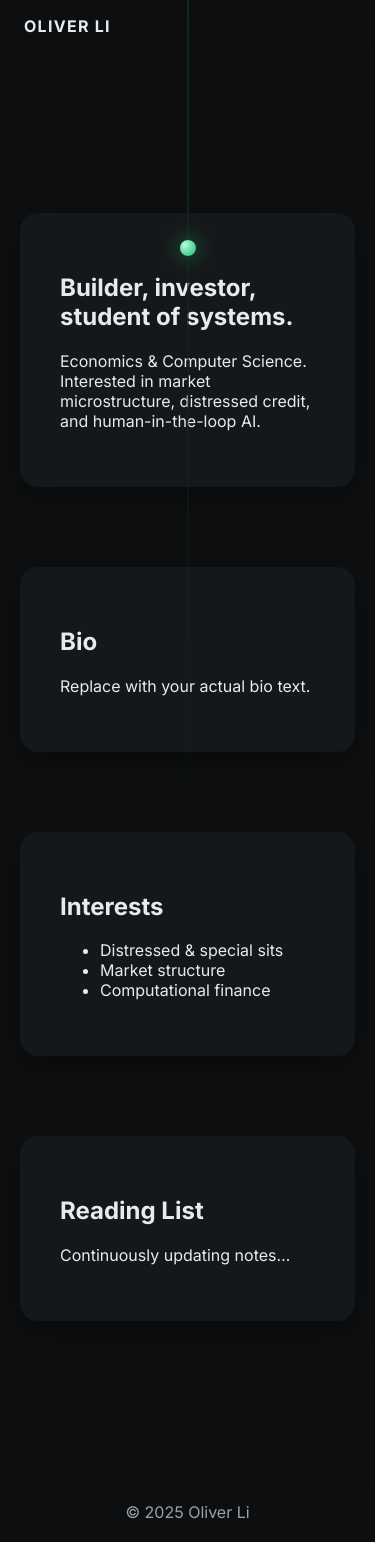
Repository: oliverli1728/portfolio
Page: index.html
The author's editor kept a copy of each file at every save. The page is drawn from the files as they stood at one save, then again after the next save.
The browser window is 375 px wide. The pictures show the whole page.

Above is the page before, as saved 2025-09-25 22:30:04.

### index.html
<!DOCTYPE html>
<html lang="en">
<head>
  <meta charset="utf-8" />
  <meta name="viewport" content="width=device-width, initial-scale=1" />
  <title>Oliver Li</title>
  <link rel="stylesheet" href="style.css" />
  <link rel="stylesheet" href="mediaqueries.css" />
  <link rel="preconnect" href="https://fonts.googleapis.com">
  <link rel="preconnect" href="https://fonts.gstatic.com" crossorigin>
  <link href="https://fonts.googleapis.com/css2?family=Inter:wght@300;400;600;700&display=swap" rel="stylesheet">
</head>
<body>
  <header class="site-header">
    <a class="brand" href="#myself">OLIVER&nbsp;LI</a>
    <nav class="nav">
      <a href="#myself" class="tab-link active">Myself</a>
      <a href="#investment" class="tab-link">Investment</a>
      <a href="#penrose" class="tab-link">Penrose</a>
    </nav>
  </header>

  <!-- Particle rail (center) -->
  <div class="particle-track" aria-hidden="true">
    <div class="particle" id="particle"></div>
  </div>

  <main>
    <!-- Myself page -->
    <section id="myself" class="tab-content active">
      <div class="panel" data-fade>
        <h1>Builder, investor, student of systems.</h1>
        <p>Economics & Computer Science. Interested in market microstructure, distressed credit, and human-in-the-loop AI.</p>
      </div>
      <div class="panel" data-fade>
        <h2>Bio</h2>
        <p>Replace with your actual bio text.</p>
      </div>
      <div class="panel" data-fade>
        <h2>Interests</h2>
        <ul>
          <li>Distressed & special sits</li>
          <li>Market structure</li>
          <li>Computational finance</li>
        </ul>
      </div>
      <div class="panel" data-fade>
        <h2>Reading List</h2>
        <p>Continuously updating notes…</p>
      </div>
    </section>

    <!-- Investment page -->
    <section id="investment" class="tab-content">
      <h2>Investment Notes</h2>
      <p>Content here (cards, theses, etc.).</p>
    </section>

    <!-- Penrose page -->
    <section id="penrose" class="tab-content">
      <div class="penrose-container">
        <img src="assets/penrose-logo.png" alt="Penrose logo" class="penrose-animated" />
        <p>Paradox, perspective, conviction.</p>
      </div>
    </section>
  </main>

  <footer class="site-footer">
    <span>© <span id="year"></span> Oliver Li</span>
  </footer>

  <script src="script.js"></script>
</body>
</html>

### style.css
:root{
  --bg:#0d0f10;
  --elev:#15181a;
  --muted:#98a2ad;
  --text:#e8ebee;
  --accent:#1ab774;
  --accent-2:#0f8054;
  --rail:#0e2a22;
  --radius:18px;
  --shadow:0 10px 30px rgba(0,0,0,.35);
}

body{
  margin:0;
  font-family:Inter,system-ui,sans-serif;
  background:var(--bg);
  color:var(--text);
  scroll-behavior:smooth;
}

.site-header{
  position:sticky; top:0; display:flex; justify-content:space-between; align-items:center;
  padding:16px 24px; backdrop-filter:blur(6px);
  background:rgba(13,15,16,0.85);
  border-bottom:1px solid #111;
}
.brand{ color:var(--text); font-weight:700; text-decoration:none; letter-spacing:.08em; }
.nav{ display:flex; gap:28px; }
.tab-link{ color:var(--muted); text-decoration:none; font-weight:600; }
.tab-link.active{ color:var(--accent); }

.tab-content{ display:none; min-height:100vh; padding:80px 20px; }
.tab-content.active{ display:block; }

/* Particle */
.particle-track{ position:fixed; top:0; left:50%; width:2px; height:100%; background:linear-gradient(var(--rail),transparent); transform:translateX(-50%); z-index:0; }
.particle{ position:fixed; left:50%; top:20vh; width:16px; height:16px; border-radius:50%; background:radial-gradient(circle at 30% 30%, #b7ffd8, var(--accent)); box-shadow:0 0 20px rgba(26,183,116,.7); transform:translate(-50%,0); }

/* Panels */
.panel{ margin:80px auto; max-width:800px; background:var(--elev); padding:40px; border-radius:var(--radius); box-shadow:var(--shadow); }
[data-fade]{ opacity:0; transform:translateY(24px); transition: opacity .8s ease, transform .8s ease; }
[data-fade].in-view{ opacity:1; transform:none; }

/* Penrose animation */
.penrose-container{ display:flex; flex-direction:column; align-items:center; justify-content:center; height:100vh; }
.penrose-animated{ width:320px; animation: float 5s ease-in-out infinite, rotate 30s linear infinite; }
@keyframes float{ 0%,100%{ transform:translateY(0); } 50%{ transform:translateY(-20px); } }
@keyframes rotate{ 0%{ transform:rotate(0deg); } 100%{ transform:rotate(360deg); } }

/* Footer */
.site-footer{ text-align:center; padding:20px; border-top:1px solid #111; background:#0c0e0f; color:var(--muted); }

### mediaqueries.css
/* Breakpoints: 900px & 600px */
@media (max-width: 900px){
  .hero-grid{ grid-template-columns: 1fr; }
  .split{ grid-template-columns: 1fr; }
  .grid-3{ grid-template-columns: 1fr 1fr; }
  .penrose-wrap{ grid-template-columns: 1fr; }
}

@media (max-width: 600px){
  .nav{ display:none }
  .hamburger{ display:block }
  .grid-3{ grid-template-columns: 1fr }
  .cards{ grid-template-columns: 1fr }
}
```

### script.js
// Tab switching with deep-link support
const tabs = document.querySelectorAll('.tab-link');
const contents = document.querySelectorAll('.tab-content');

function activateTab(id){
  tabs.forEach(t => t.classList.remove('active'));
  contents.forEach(c => c.classList.remove('active'));
  const targetTab = document.querySelector(`.tab-link[href='${id}']`);
  const targetContent = document.querySelector(id);
  if(targetTab && targetContent){
    targetTab.classList.add('active');
    targetContent.classList.add('active');
    window.scrollTo({ top:0, behavior:'smooth' });
  }
}

function initTabs(){
  tabs.forEach(tab => {
    tab.addEventListener('click', e => {
      e.preventDefault();
      const id = tab.getAttribute('href');
      activateTab(id);
      history.pushState(null, '', id);
    });
  });
}

window.addEventListener('DOMContentLoaded', () => {
  const hash = window.location.hash || '#myself';
  activateTab(hash);
  initTabs();
  document.getElementById('year').textContent = new Date().getFullYear();
});

window.addEventListener('popstate', () => {
  const hash = window.location.hash || '#myself';
  activateTab(hash);
});

// Particle curved motion
const particle = document.getElementById('particle');
window.addEventListener('scroll', () => {
  const scrollTop = window.scrollY;
  const docHeight = document.documentElement.scrollHeight - window.innerHeight;
  const pct = docHeight > 0 ? scrollTop / docHeight : 0;
  const trackHeight = window.innerHeight - 160;
  const y = 80 + pct * trackHeight;
  const xOffset = Math.sin(pct * Math.PI * 2) * 40; // sinusoidal curve
  particle.style.transform = `translate(calc(-50% + ${xOffset}px), ${y}px)`;
});

// Fade-in on scroll
const faders = document.querySelectorAll('[data-fade]');
const io = new IntersectionObserver(entries => {
  entries.forEach(entry => {
    if(entry.isIntersecting) entry.target.classList.add('in-view');
  });
},{ threshold:0.2 });
faders.forEach(el => io.observe(el));

After the next save:
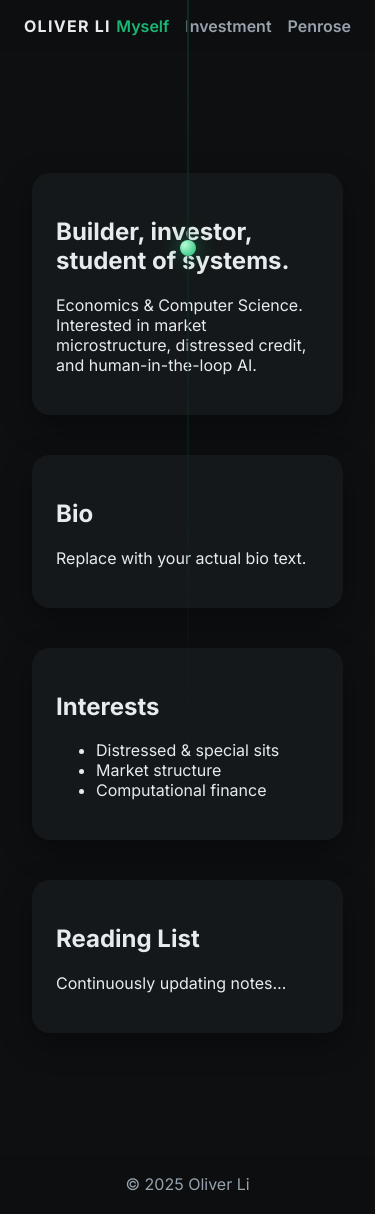
Saved 1 s later.
--- a/mediaqueries.css
+++ b/mediaqueries.css
@@ -1,15 +1,8 @@
-/* Breakpoints: 900px & 600px */
 @media (max-width: 900px){
-  .hero-grid{ grid-template-columns: 1fr; }
-  .split{ grid-template-columns: 1fr; }
-  .grid-3{ grid-template-columns: 1fr 1fr; }
-  .penrose-wrap{ grid-template-columns: 1fr; }
+  .panel{ margin:40px 12px; padding:24px; }
 }
 
 @media (max-width: 600px){
-  .nav{ display:none }
-  .hamburger{ display:block }
-  .grid-3{ grid-template-columns: 1fr }
-  .cards{ grid-template-columns: 1fr }
+  .nav{ gap:16px; }
+  .penrose-animated{ width:220px; }
 }
-```
